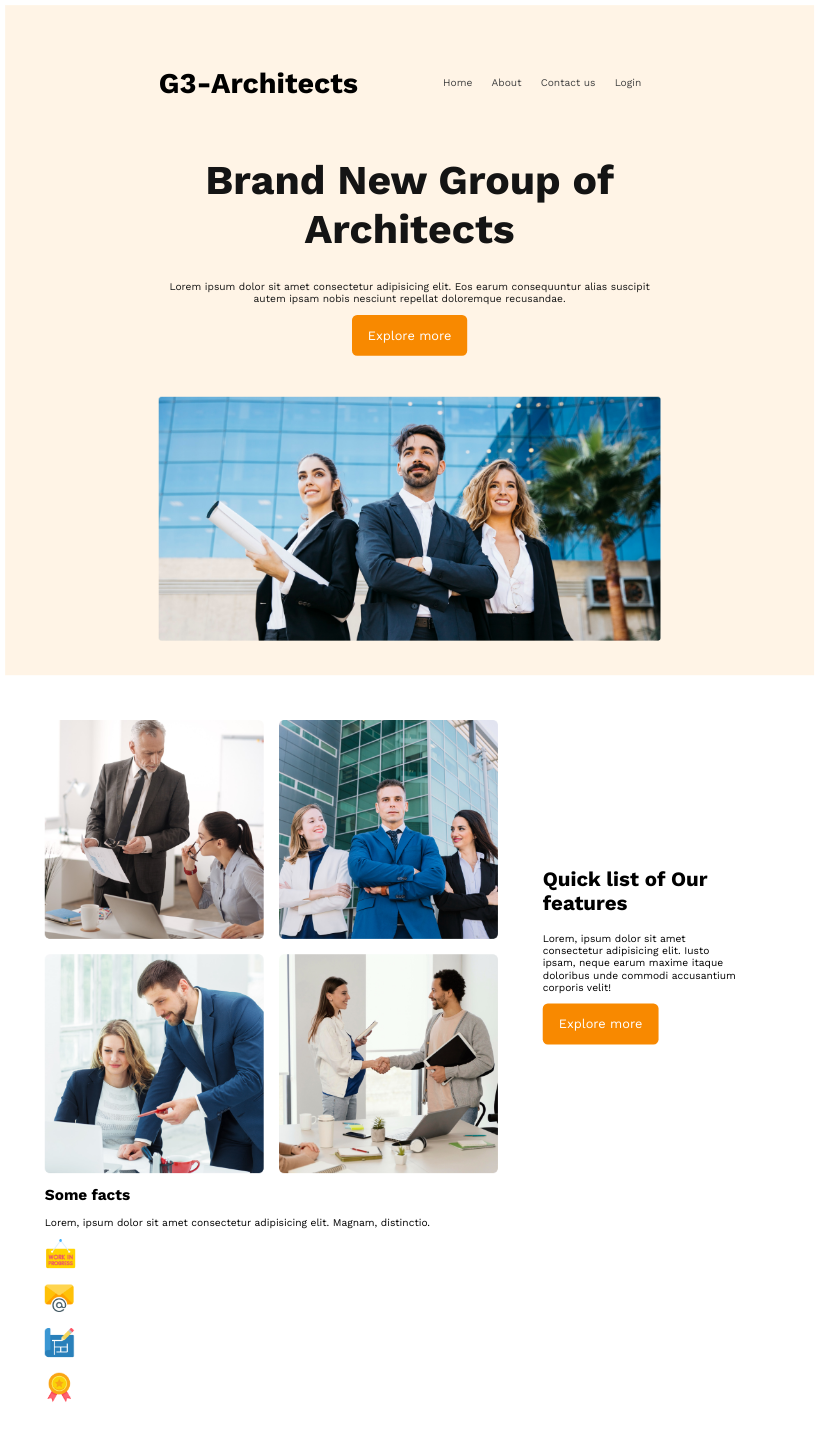
Repository: RudrasahaDibos/architects-resources
Page: index.html
The author's editor kept a copy of each file at every save. The page is drawn from the files as they stood at one save, then again after the next save.
The browser window is 1280 px wide. The pictures show the whole page, at 64% of full size.

Above is the page before, as saved 2024-10-06 21:34:39.

After the next save:
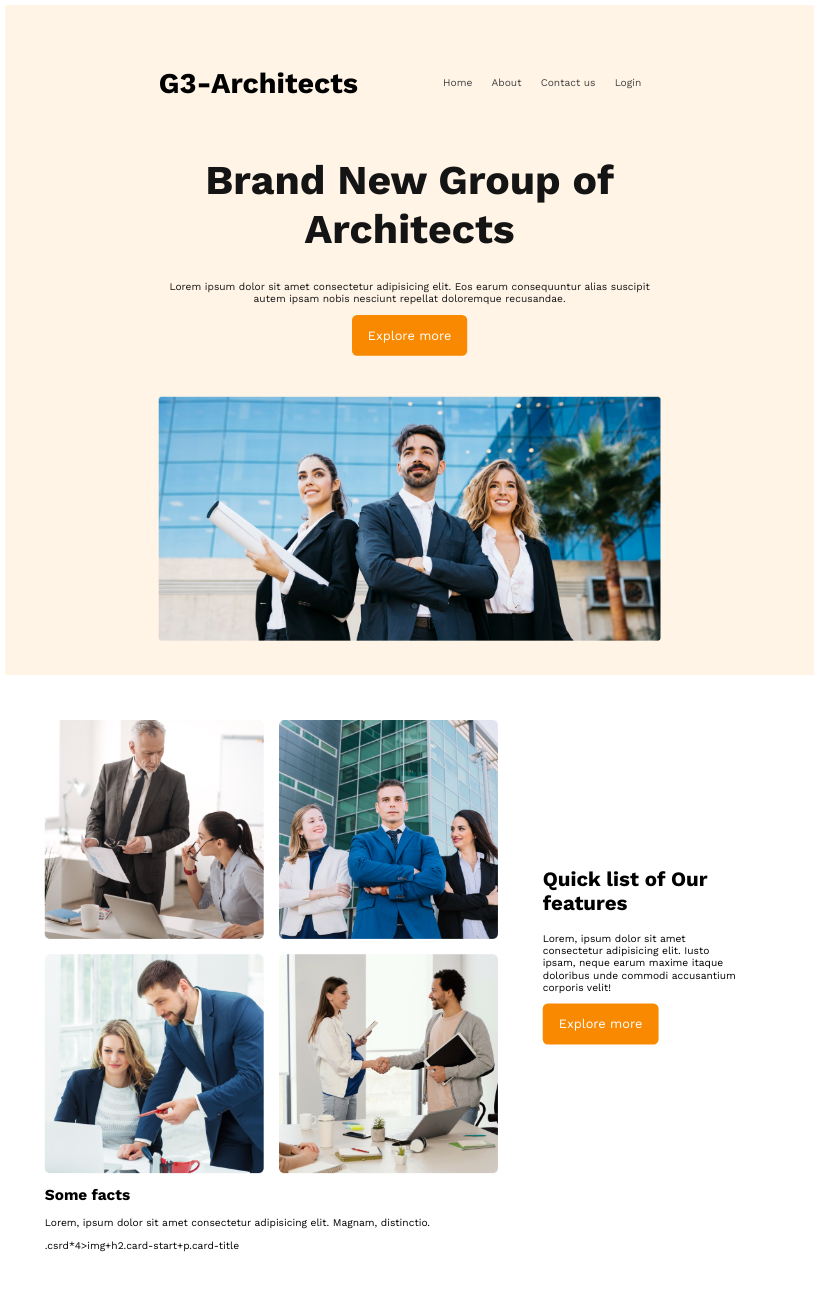
Saved 25 min 9 s later.
--- a/index.html
+++ b/index.html
@@ -52,26 +52,7 @@
                     <p class="some-discription">Lorem, ipsum dolor sit amet consectetur
                       adipisicing elit. Magnam, distinctio.</p>
                    <div class="fact-card-container">
-                          <div class="csrd">
-                            <img src="images/icons/customers.png" alt="">
-                            <h2 class="card-start"></h2>
-                            <p class="card-title"></p>
-                          </div>
-                          <div class="csrd">
-                            <img src="images/icons/email.png" alt="">
-                            <h2 class="card-start"></h2>
-                            <p class="card-title"></p>
-                          </div>
-                          <div class="csrd">
-                            <img src="images/icons/projects.png" alt="">
-                            <h2 class="card-start"></h2>
-                            <p class="card-title"></p>
-                          </div>
-                          <div class="csrd">
-                            <img src="images/icons/ribon.png" alt="">
-                            <h2 class="card-start"></h2>
-                            <p class="card-title"></p>
-                          </div>
+                          .csrd*4>img+h2.card-start+p.card-title
                   </div>
                   </section>
        </main>
